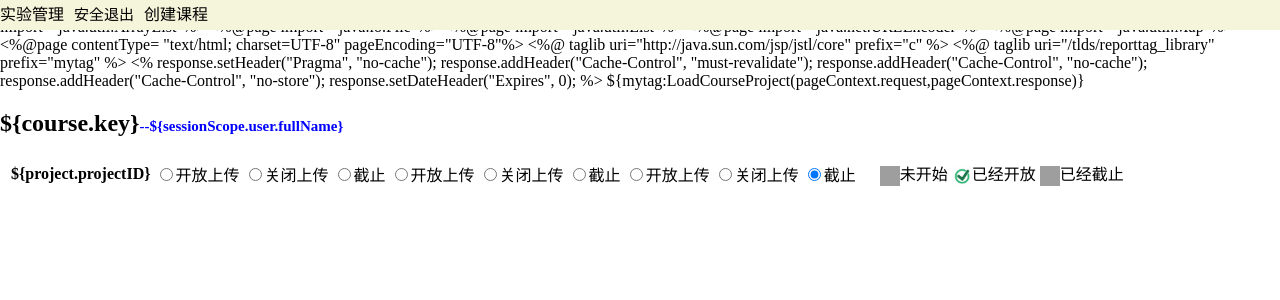
Repository: IAmJiangWenHao/ReportServer
Page: web/demo.html
The author's editor kept a copy of each file at every save. The page is drawn from the files as they stood at one save, then again after the next save.
The browser window is 1280 px wide. The pictures show the whole page.
Pictures or frames that could not be fetched are drawn as grey boxes.

Above is the page before, as saved 2023-05-18 16:26:04.

### web/demo.html
<%@page import="com.report.javabeans.ExpClass"%>
<%@page import="com.report.javabeans.Project"%>
<%@page import="com.report.javabeans.User"%>
<%@page import="java.util.ArrayList"%>
<%@page import="java.io.File"%>
<%@page import="java.util.List"%>
<%@page import="java.net.URLEncoder"%>
<%@page import="java.util.Map"%>
<%@page contentType= "text/html; charset=UTF-8" pageEncoding="UTF-8"%>

<%@ taglib uri="http://java.sun.com/jsp/jstl/core" prefix="c" %>
<%@ taglib uri="/tlds/reporttag_library" prefix="mytag" %>
<!--script type="text/javascript" src="${pageContext.request.contextPath}/script/scriptV1.js?v=1.0"></script-->
<!DOCTYPE html>
<html>
  <%
    response.setHeader("Pragma", "no-cache");
    response.addHeader("Cache-Control", "must-revalidate");
    response.addHeader("Cache-Control", "no-cache");
    response.addHeader("Cache-Control", "no-store");
    response.setDateHeader("Expires", 0);
  %>
  <head>
    <meta http-equiv="Content-Type" content="text/html; charset=UTF-8">
    <title>实验上传系统 </title>
  </head>
  <body style="margin:0">
    ${mytag:LoadCourseProject(pageContext.request,pageContext.response)}
    <script>
      window.onload = function () {//Ajax实现更新项目状态
        var ratios = document.getElementsByTagName("input");//获取所有input（本页面的input只有单选按钮）
        var map = new Map();//记录单选按钮旧值
        for (var i = 0; i < ratios.length; i++) {
          map.set((i + 1).toString(), ratios[i].checked);
          //oninput事件在input的值发生改变时触发，这里监听单选按钮值得改变
          ratios[i].oninput = function () {
            var r = false;
            if (this.value === "deadline") {//是否选择截止
              //是否确认修改
              r = confirm("截止后不可再设置，确定截止？");
            }
            //取消截止
            if (this.value === "deadline" && r === false) {
              var list = document.getElementsByName(this.name);
              for (var j = 0; j < list.length; j++)
                list[j].checked = map.get(list[j].id);
              return;
            }
            ratioName = this.name;
            //确定截止，不允许再更改状态
            if (this.value === "deadline") {
              var list = document.getElementsByName(this.name);
              for (var j = 0; j < list.length; j++)
              {
                list[j].disabled = "disable";
                map.set(list[j].id, list[j].checked);
              }
            } else {
              var list = document.getElementsByName(this.name);
              for (var j = 0; j < list.length; j++)
                map.set(list[j].id, false);
              map.set(this.id, this.checked);
            }
            var formData = new FormData();//FormData 对象
            var course = ratioName.substr(0, ratioName.indexOf("-"));
            var project = ratioName.substr(ratioName.indexOf("-") + 1, ratioName.length - 1);
            //添加KV
            formData.append("project", project);//项目
            formData.append("course", course); //课程名
            formData.append("status", this.value);//状态
            var cell = document.getElementById(this.name);
            //显示实验项目状态提示信息
            cell.innerHTML = "&nbsp;&nbsp;&nbsp;&nbsp;&nbsp;";
            if (this.value === "open")
              cell.innerHTML += "<img style=\"vertical-align: middle;height:20px;width:20px\" src=\"./img/check.jpg\"/>已经开放";
            if (this.value === "close")
              cell.innerHTML += "<img style=\"vertical-align: middle;height:20px;width:20px\" src=\"./img/undone.png\"/>未开始";
            if (this.value === "deadline")
              cell.innerHTML += "<img style=\"vertical-align: middle;height:20px;width:20px\" src=\"./img/deadline.jpg\"/>已截止";
            //1.创建请求对象
            const xhr = new XMLHttpRequest();
            //2.设置请求行，这里用post(get请求数据写在url后面)
            //updateProject.do实现后端更新
            xhr.open("post", getAppPath() + "/updateProject.do");
            //3.设置请求头(get请求可以省略,post不发送数据也可以省略)
            //xhr.setRequestHeader("Content-type","application/x-www-form-urlencoded");
            // 用formData可以不写请求头，写了无法正常上传文件
            //4.请求主体发送(get请求为空，或者写null，post请求数据写在这里，
            //如果没有数据，直接为空或者写null)
            xhr.send(formData);
            //注册回调函数
            xhr.onload = function ()
            {
              if (xhr.readyState === 4)
              {
                if (xhr.status >= 200 && xhr.status <= 300)
                { //判断响应码 2XX 表示成功
                  console.log(xhr.response.toString());
                } else
                  console.log("响应码：" + xhr.status); //状态码
              } else
                console.log(xhr.readyState);
              ;
            };
          };
        }
        ;
      };
    </script>
    <script>
      function getAppPath() {
        //获取当前URL
        var curURL = window.document.location.href;
        //获取主机地址之后的路径部分（就是文件地址）
        var pathName = window.document.location.pathname;
        var pos = curURL.indexOf(pathName);
        //获取应用地址
        var host = curURL.substring(0, pos);
        //获取带"/"的应用名，如：/***
        var webAppName = pathName.substring(0, pathName.substr(1).indexOf('/') + 1);
        return host + webAppName;
      }
    </script>
    <script>
      var isIE = /msie/i.test(navigator.userAgent) && !window.opera;
      function fileChange(target, type) {
        var fileSize = 0;
        var filepath = target.value;
        var filemaxsize = 1024 * 5;//5M
        var flag = -1;
        if (filepath) {
          var fileend = filepath.substring(filepath.lastIndexOf("."));
          // alert(fileend);
          if (type && type.length > 0) {
            //alert(fileend.indexOf(type));
            if (fileend !== ".xlsx") {
              alert("只接受xlsx类型的文件！");
              target.value = "";
              return false;
            }
          }
        } else {
          return false;
        }
        if (isIE && !target.files) {
          var filePath = target.value;
          var fileSystem = new ActiveXObject("Scripting.FileSystemObject");
          if (!fileSystem.FileExists(filePath)) {
            alert("附件不存在，请重新输入！");
            return false;
          }
          var file = fileSystem.GetFile(filePath);
          fileSize = file.Size;
        } else {
          fileSize = target.files[0].size;
        }

        var size = fileSize / 1024;
        if (size > filemaxsize) {
          alert("附件大小不能大于" + filemaxsize / 1024 + "M！");
          target.value = "";
          return false;
        }
        if (size <= 0) {
          alert("附件大小不能为0M！");
          target.value = "";
          return false;
        }
      }
      function Check()
      {
        for (var i = 0; i < document.form1.elements.length - 1; i++)
        {
          if (document.form1.elements[i].value === "")
          {
            alert("不可空！");
            document.form1.elements[i].focus();
            return false;
          }
        }
        return true;
      }
      function cls() {
        var createCell = document.getElementById("createCourse");
        createCell.innerHTML = "";
      }

      function createCourse() {
        var createCell = document.getElementById("createCourse");
        createCell.innerHTML = "<form action=\"../uploadCourseServlet\" enctype=\"multipart/form-data\" method=\"post\" name=\"form1\" onSubmit=\"return Check()\"><table></tr><tr> <td>建课模板：</td><td><a href=\"实验课模板.xlsx\">下载</a></td></tr><tr><td>课程名：</td><td><input style=\" font-size:16px\" type=\"text\" name=\"courseName\" size=\"20\"/>(例：程序设计实验)</td></tr><tr><td>班级：</td><td><input style=\" font-size:16px\" type=\"text\" name=\"className\" size=\"20\"/>(例:信安201)</td></tr><tr> <td>文件：</td><td><input style=\" font-size:16px\" type=\"file\" name=\"file\" size=\"40\" id=\"fup\" onchange=\'fileChange(this,\".xlsx\");\'/></td><tr><td style=\"height:50px;\" align=\"right\" ><input style=\" font-size:16px\" type=\"submit\" value=\"提交\" size='30'/> </td><td align=\"left\"><input style=\" font-size:16px\" type=\"button\" value=\"关闭\" size='30' onclick=\"cls()\"/> </td></tr></table></form>";
      }
    </script>
    <div >
        <div style="display: flex; position: fixed; top: 0; width: 100%; background-color: beige;  height:auto;">
            <div style="margin-right:10px; line-height:30px;width: auto;height:30px;" color="black" > 实验管理</div>
            <div style="margin-right:10px; line-height:30px;width: auto;height:30px; font-size:15px"><a style="color:black;text-decoration: none;" href="../exit">安全退出</a></div>
            <div style="margin-right:10px; line-height:30px;width: auto;height:30px; cursor:hand " onclick="createCourse()">创建课程</div>
        </div>

      <div id="createCourse">

      </div>


    <c:forEach var="course" items="${sessionScope.courseData}" varStatus="statusCourse">
      <h2> ${course.key}<font style="font-size:15px;color:blue">--${sessionScope.user.fullName}</font></h2><p>
      <table>
        <c:forEach var="project" items="${course.value}" varStatus="statusProject">
          <tr style=" height: 30px;border: 1px">
            <td>&nbsp;&nbsp;<b>${project.projectID}</b></td>
            <td><!-- 3.一组单选按钮 radio（同name），只能选一个
                     request.getParameter("***")-->
              <c:if test="${project.state==0}">
                <input type="radio" id="${"course".concat(statusCourse.count).concat(statusProject.count).concat(1)}"  name="${course.key.concat("-").concat(project.projectID)}" value="open">开放上传
                <input type="radio" id="${"course".concat(statusCourse.count).concat(statusProject.count).concat(1)}"  name="${course.key.concat("-").concat(project.projectID)}" value="close" checked="true">关闭上传
                <input type="radio" id="${"course".concat(statusCourse.count).concat(statusProject.count).concat(1)}"  name="${course.key.concat("-").concat(project.projectID)}" value="deadline">截止
              </c:if>
              <c:if test="${project.state==1}">
                <input type="radio" id="${"course".concat(statusCourse.count).concat(statusProject.count).concat(1)}"  name="${course.key.concat("-").concat(project.projectID)}" value="open" checked="true">开放上传
                <input type="radio" id="${"course".concat(statusCourse.count).concat(statusProject.count).concat(1)}"  name="${course.key.concat("-").concat(project.projectID)}" value="close" >关闭上传
                <input type="radio" id="${"course".concat(statusCourse.count).concat(statusProject.count).concat(1)}"  name="${course.key.concat("-").concat(project.projectID)}" value="deadline">截止
              </c:if>
              <c:if test="${project.state==2}">
                <input type="radio" id="${"course".concat(statusCourse.count).concat(statusProject.count).concat(1)}"  name="${course.key.concat("-").concat(project.projectID)}" value="open">开放上传
                <input type="radio" id="${"course".concat(statusCourse.count).concat(statusProject.count).concat(1)}"  name="${course.key.concat("-").concat(project.projectID)}" value="close" >关闭上传
                <input type="radio" id="${"course".concat(statusCourse.count).concat(statusProject.count).concat(1)}"  name="${course.key.concat("-").concat(project.projectID)}" value="deadline" checked="true">截止
              </c:if>
            </td>
            <td id="${course.key.concat("-").concat(project.projectID)}">&nbsp;&nbsp;&nbsp;&nbsp;
              <c:if test="${project.state==0}" >
                <img style="vertical-align: middle;height:20px;width:20px" alt="" src="../img/undone.jpg"/>未开始
              </c:if>
              <c:if test="${project.state==1}" >
                <img style="vertical-align: middle;height:20px;width:20px" alt="" src="../img/check.jpg"/>已经开放
              </c:if>
              <c:if test="${project.state==2}" >
                <img style="vertical-align: middle;height:20px;width:20px" alt="" src="../img/deadline.png"/>已经截止
              </c:if>
            </td>
          </tr>
        </c:forEach>
      </table>
    </c:forEach>
  </div>
</body>
</html>

After the next save:
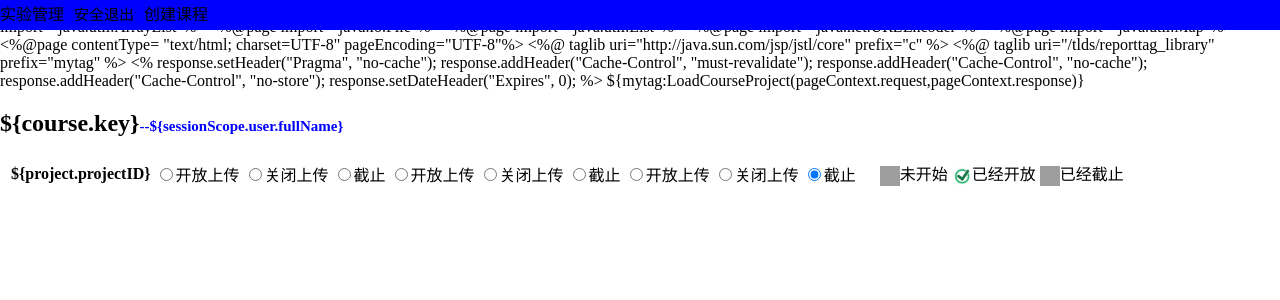
Saved 32 s later.
--- a/web/demo.html
+++ b/web/demo.html
@@ -191,7 +191,7 @@
       }
     </script>
     <div >
-        <div style="display: flex; position: fixed; top: 0; width: 100%; background-color: beige;  height:auto;">
+        <div style="display: flex; position: fixed; top: 0; width: 100%; background-color: blue;  height:auto;">
             <div style="margin-right:10px; line-height:30px;width: auto;height:30px;" color="black" > 实验管理</div>
             <div style="margin-right:10px; line-height:30px;width: auto;height:30px; font-size:15px"><a style="color:black;text-decoration: none;" href="../exit">安全退出</a></div>
             <div style="margin-right:10px; line-height:30px;width: auto;height:30px; cursor:hand " onclick="createCourse()">创建课程</div>
